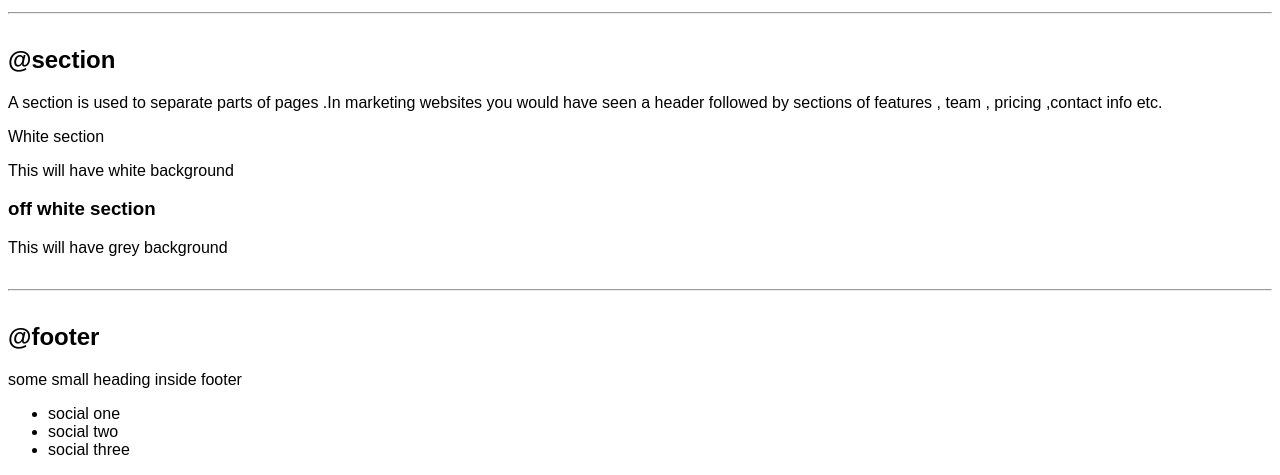
Repository: nihalani20/KomalNihalani-Portfolio
Page: index.html
The author's editor kept a copy of each file at every save. The page is drawn from the files as they stood at one save, then again after a run of saves.
The browser window is 1280 px wide. The pictures show the part of the page from y = 2075 to 2550 px (the page is 2550 px tall).
A picture or video elsewhere on the page could not be fetched, so the positions and the page height are approximate.

Above is the page before, as saved 2023-10-29 14:02:32.

After the next 2 saves:
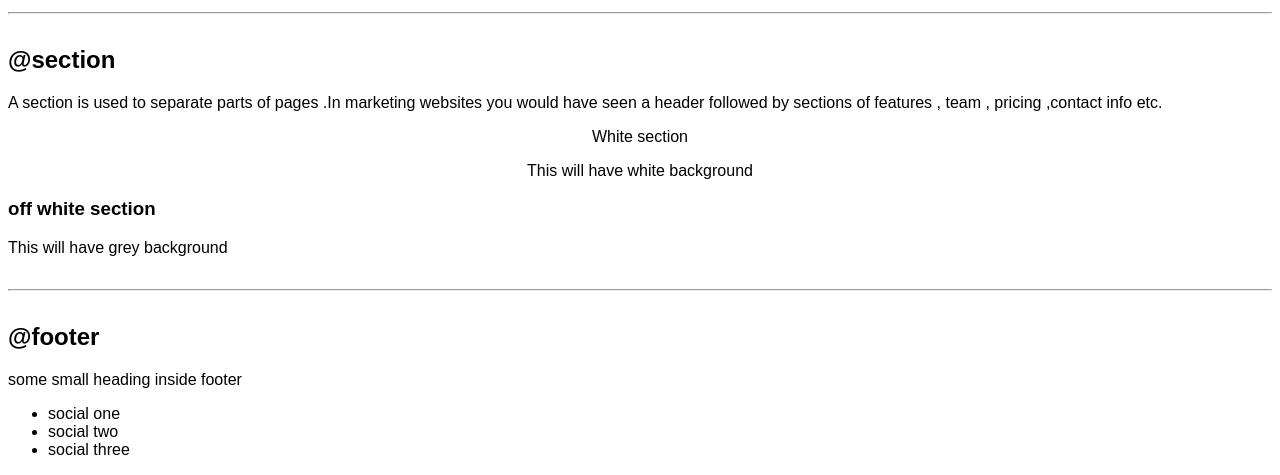
The 2 saves are shown as one change because they came seconds apart.
The last was saved 7 s later.
--- a/index.html
+++ b/index.html
@@ -123,7 +123,7 @@
 
 
 <section class="section">
-<div class="containe"
+<div class="container-center"
     <h3>White section</h3>
     <p>This will have white background</p>
 </section>
